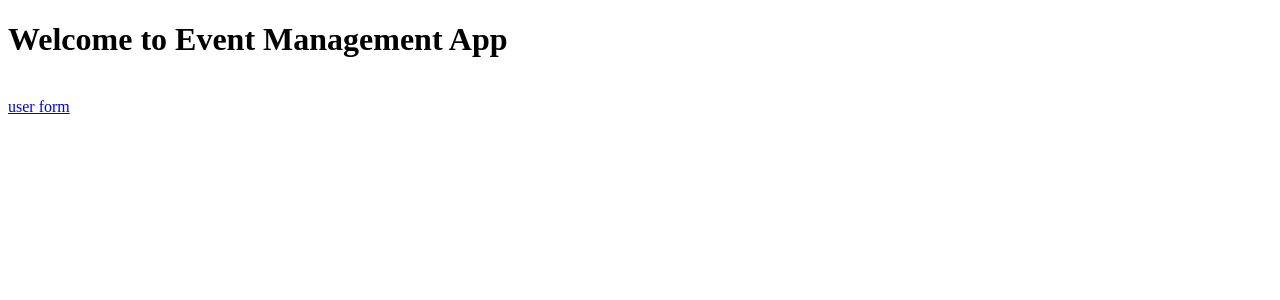
Repository: KritiDangi/JavaEEfullStack
Page: http://localhost/Event_Management/
An editor plug-in stored every save of this project. The page is shown before and after the next save, followed by the edit.
The browser window is 1280 px wide. The pictures show the whole page.
The page is served by Tomcat 9. Nobody is signed in. The application's start-up code is not run.

Above is the page before, as saved 2018-08-01 04:09:05.

After the next save:
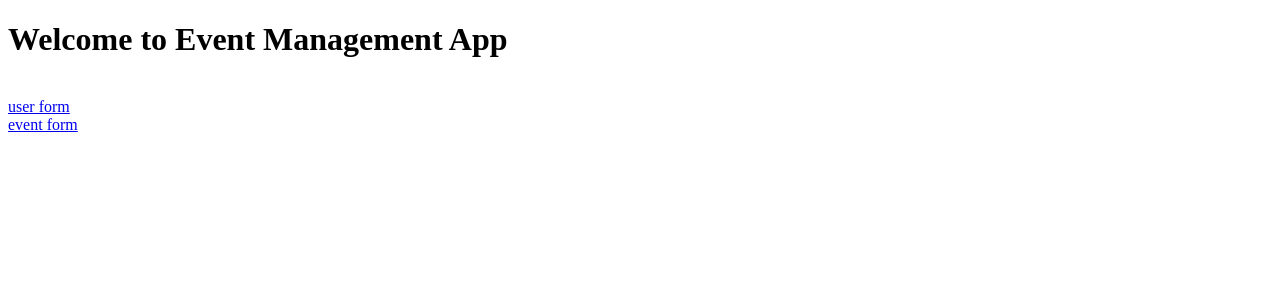
Saved 93 s later.
--- a/Week3/Event_Management/src/main/webapp/index.jsp
+++ b/Week3/Event_Management/src/main/webapp/index.jsp
@@ -10,5 +10,6 @@
 <h1>Welcome to Event Management App</h1>
 ${param.msg } <br>
 <a href="userForm.do">user form</a> <br>
+<a href="eventForm.do">event form</a> <br>
 </body>
 </html>
